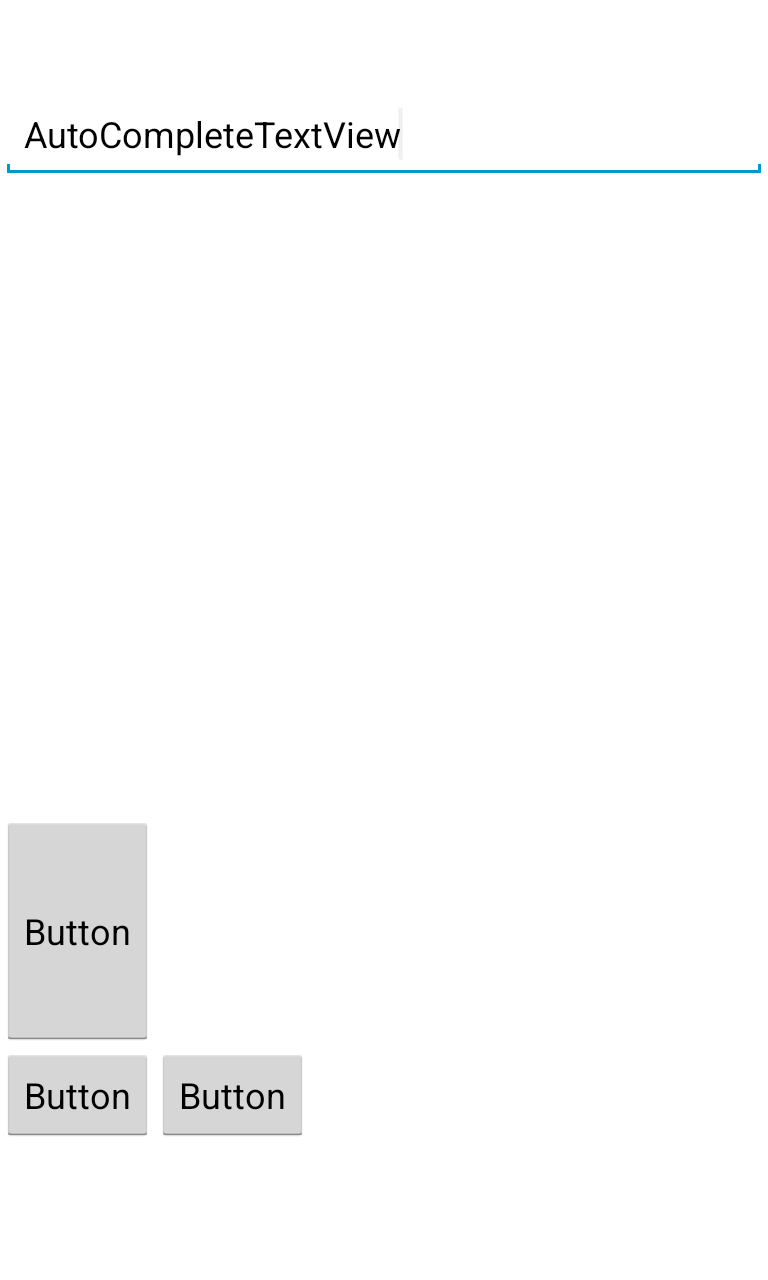
Repository: thinhnk55/android-appshare
Layout: ShareApp/res/layout/activity_main.xml
An editor plug-in stored every save of this project. The layout is shown before and after the next save, followed by the edit.
It is drawn on a 768 x 1280 px phone screen (xhdpi) without system bars, with theme AppTheme; the app's code is not run.

Above is the layout before, as saved 2014-07-02 16:34:41.

After the next save:
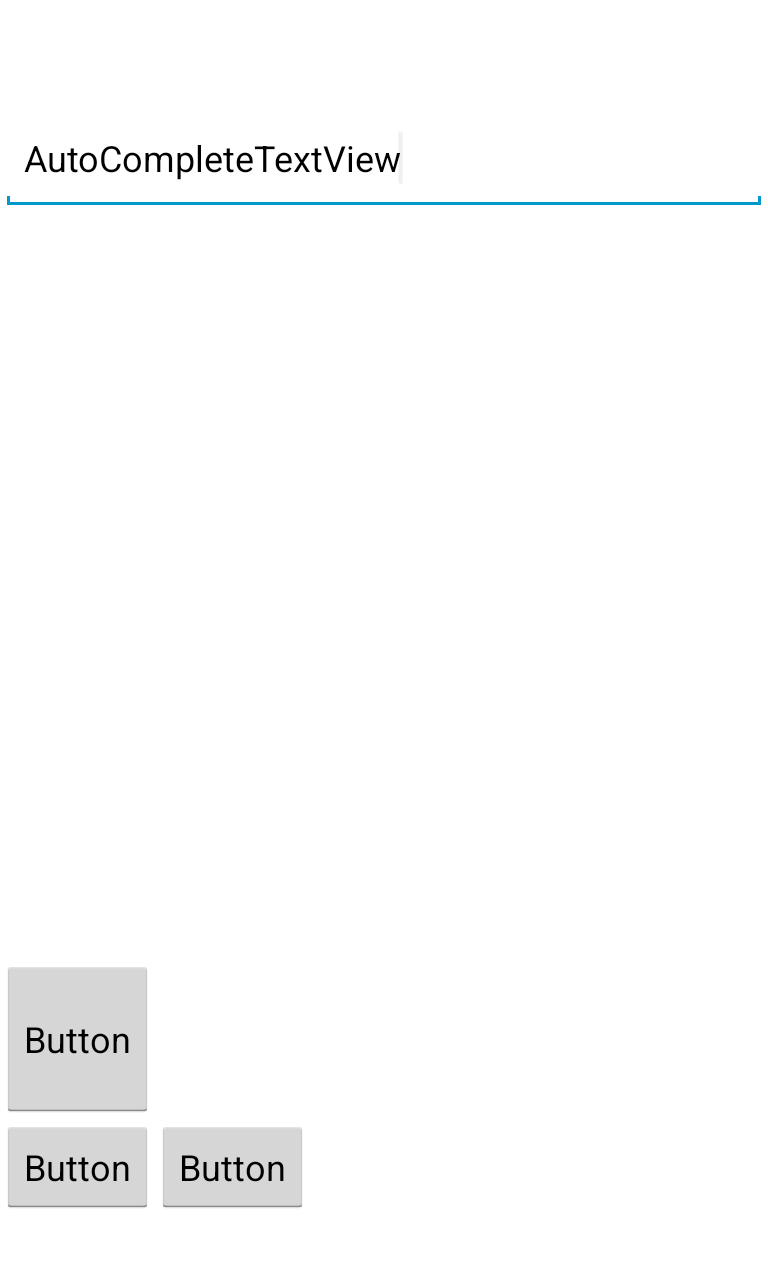
Saved 7 s later.
--- a/ShareApp/res/layout/activity_main.xml
+++ b/ShareApp/res/layout/activity_main.xml
@@ -65,13 +65,11 @@
             <Button
                 android:id="@+id/button1"
                 android:layout_width="wrap_content"
-                android:layout_height="wrap_content"
                 android:layout_weight="15"
                 android:text="Button" />
 
             <LinearLayout
                 android:layout_width="match_parent"
-                android:layout_height="wrap_content"
                 android:layout_weight="15" >
 
                 <Button
